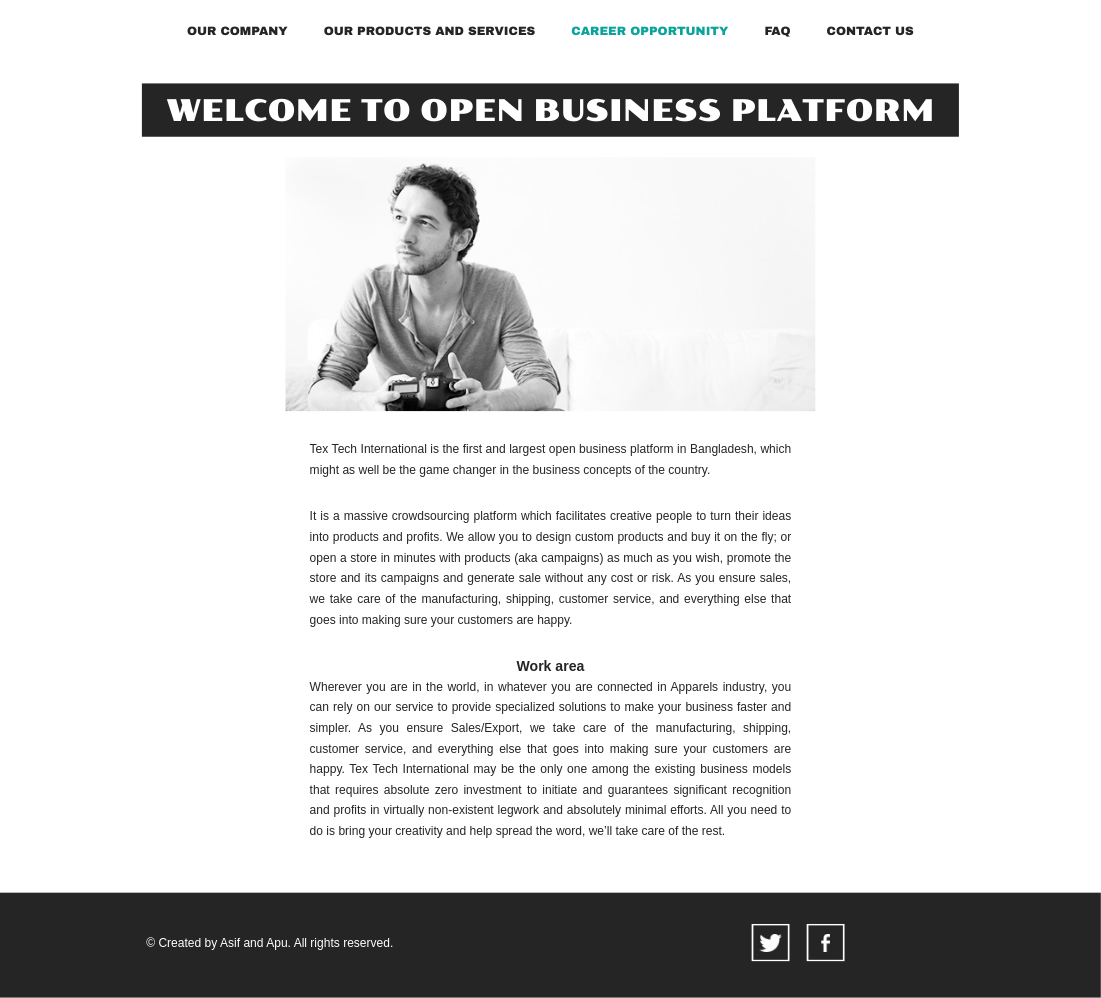
Repository: asifdotpy/textechint
Page: about.html
An editor plug-in stored every save of this project. The page is shown before and after a run of saves, followed by the edit.
The browser window is 1280 px wide. The pictures show the whole page, at 86% of full size.

Above is the page before, as saved 2021-02-24 00:49:05.

### about.html
<!doctype html>
<html>
<head>
	<meta charset="UTF-8">
	<meta name="viewport" content="width=device-width, initial-scale=1.0">
	<title>Career Opportunity - Tex Tech International</title>
	<link rel="stylesheet" type="text/css" href="css/style.css">
	<link rel="stylesheet" type="text/css" href="css/mobile.css" media="screen and (max-width : 568px)">
	<script type="text/javascript" src="js/mobile.js"></script>
</head>
<body>
	<div id="header">
		<ul id="navigation">
			<li>
				<a href="index.html">our company</a>
			</li>
			<li>
				<a href="gallery.html">Our Products and services
				</a>
			</li>
			<li class="selected">
				<a href="about.html">career opportunity</a>
			</li>
			<li>
				<a href="blog.html">faq</a>
			</li>
			<li>
				<a href="contact.html">contact us</a>
			</li>
		</ul>
	</div>
	<div id="body">
		<h1><span>Welcome to Open Business Platform</span></h1>
		<div>
			<img src="images/photographer.jpg" alt="">
			<div class="article">
				<!--<h3>Tex Tech International is the first and largest open business platform in Bangladesh</h3>-->
				<p>Tex Tech International is the first and largest open business platform in Bangladesh, which might as well be the game changer in the business concepts of the country. </p>
				<!--<h3>Our goal </h3>-->
				<p>It is a massive crowdsourcing platform which facilitates creative people to turn their ideas into products and profits. We allow you to design custom products and buy it on the fly; or open a store in minutes with products (aka campaigns) as much as you wish, promote the store and its campaigns and generate sale without any cost or risk. As you ensure sales, we take care of the manufacturing, shipping, customer service, and everything else that goes into making sure your customers are happy.</p>
				<!--<h3>Be Part of Our Community</h3>-->
				<p></p>
				<h3>Work area</h3>
				<p>
					Wherever you are in the world, in whatever you are connected in Apparels industry, you can rely on our service to provide specialized solutions to make your business faster and simpler. As you ensure Sales/Export, we take care of the manufacturing, shipping, customer service, and everything else that goes into making sure your customers are happy. Tex Tech International may be the only one among the existing business models that requires absolute zero investment to initiate and guarantees significant recognition and profits in virtually non-existent legwork and absolutely minimal efforts. All you need to do is bring your creativity and help spread the word, we’ll take care of the rest.

				</p>
			</div>
		</div>
	</div>
	<div id="footer">
		<div>
			<p>&copy; Created by Asif and Apu. All rights reserved.</p>
			<ul>
				<li>
					<a href="http://freewebsitetemplates.com/go/twitter/" id="linkedin">lindedin</a>
				</li>
				<li>
					<a href="https://www.facebook.com/textechint" target="_blank" id="facebook">facebook</a>
			</ul>
		</div>
	</div>
</body>
</html>

### css/style.css
@font-face {
	font-family: 'poller_oneregular';
	src: url('../fonts/pollerone/pollerone-webfont.eot');
	src: url('../fonts/pollerone/pollerone-webfont.eot?#iefix') format('embedded-opentype'),
		 url('../fonts/pollerone/pollerone-webfont.woff') format('woff'),
		 url('../fonts/pollerone/pollerone-webfont.ttf') format('truetype'),
		 url('../fonts/pollerone/pollerone-webfont.svg#poller_oneregular') format('svg');
}
@font-face {
	font-family: 'leckerli_oneregular';
	src: url('../fonts/leckerlione/leckerlione-regular-webfont.eot');
	src: url('../fonts/leckerlione/leckerlione-regular-webfont.eot?#iefix') format('embedded-opentype'),
		 url('../fonts/leckerlione/leckerlione-regular-webfont.woff') format('woff'),
		 url('../fonts/leckerlione/leckerlione-regular-webfont.ttf') format('truetype'),
		 url('../fonts/leckerlione/leckerlione-regular-webfont.svg#leckerli_oneregular') format('svg');
}

body {
	background: #fff;
	font-family: Arial, Helvetica, sans-serif;
	font-size: 14px;
	font-weight: normal;
	line-height: 1;
	margin: 0;
	min-width: 960px;
	padding: 0;
}
p {
	color: #252525;
	line-height: 24px;
	margin: 0;
	padding: 0;
}
p a {
	color: #252525;
	text-decoration: underline;
}
p a:hover {
	color: #898989;
}
#header {
	margin: 0 auto;
	padding: 4px 0 50px;
	text-align: center;
	width: 960px;
}
#header a.logo {
	display: block;
	margin: 0 auto;
	padding: 0;
	width: 340px;
}
#header a.logo img {
	border: 0;
	display: block;
	margin: 0;
	padding: 0;
}
#header ul {
	margin: 0;
	padding: 25px 0 0;
}
#header ul li {
	display: inline;
	list-style: none;
	margin: 0;
	padding: 0 19px;
}
#header ul li a {
	color: #252525;
	display: inline-block;
	font-family: "Arial Black", Gadget, sans-serif;
	font-size: 14px;
	font-weight: normal;
	margin: 0;
	padding: 0 0 3px;
	text-decoration: none;
	text-transform: uppercase;
}
#header ul li a:hover, #header ul li.selected a {
	color: #0ba39c;
}
#body {
	margin: 0;
	padding: 0 0 30px;
	text-align: center;
}
#body h1 {
	color: #fff;
	display: inline;
	font-family: poller_oneregular;
	font-size: 35px;
	font-weight: normal;
	margin: 0;
	padding: 0;
	text-transform: uppercase;
}
#body h1 span {
	background: #252525;
	display: inline-block;
	padding: 15px 28px 12px;
}
#body > div {
	margin: 0 auto;
	padding: 0;
	width: 960px;
}
#body > div img {
	border: 0 auto;
	margin: 24px 0 0;
	padding: 0;
}
#body > div .article {
	margin: 0 auto;
	padding: 30px 30px 0;
	width: 560px;
}
#body > div .article h2 {
	font-family: "Arial Black", Gadget, sans-serif;
	font-size: 25px;
	font-weight: normal;
	margin: 0 0 30px;
}
#body > div .article h3 {
	color: #252525;
	line-height: 24px;
	margin: 0;
	padding: 0;
}
#body > div .article h4 {
	background: #252525;
	color: #fff;
	display: inline-block;
	font-family: "Arial Black", Gadget, sans-serif;
	font-size: 25px;
	font-weight: normal;
	margin: 0 0 30px;
	padding: 8px 27px 10px;
}
#body > div .article p {
	margin: 0 0 30px;
	text-align: justify;
}
#body div div ul {
	margin: 0;
	padding: 24px 10px 0;
	width: 940px;
	list-style-type: none;
}
#body div div ul li {
	border: 2px solid #1a1a1a;
	display: block;
	list-style: none;
	margin: 0 0 13px;
	overflow: hidden;
	padding: 0;
}
#body div ul li .figure {
	border-right: 2px solid #1a1a1a;
	float: left;
	margin: 0;
	padding: 0;
	width: 376px;
}
#body div ul li img {
	border: 0;
	display: block;
	margin: 0;
	padding: 0;
	opacity: 0.8;
	transition: 0.5s ease-in-out;
}
#body div ul li .figure:hover img {
	opacity: 1;
}
#body div ul li div {
	float: left;
	margin: 0;
	padding: 63px 0 20px;
	width: 558px;
}
#body div ul li div h3 {
	color: #252525;
	font-family: "Arial Black", Gadget, sans-serif;
	font-size: 25px;
	font-weight: normal;
	margin: 0;
	padding: 0;
	text-transform: uppercase;
}
#body div ul li div p {
	padding: 30px 30px 18px;
}
#body div ul li div a.more {
	background: #000;
	color: #fff;
	display: inline-block;
	font-family: "Arial Black", Gadget, sans-serif;
	font-size: 18px;
	font-weight: normal;
	margin: 0;
	padding: 8px 28px;
	text-decoration: none;
	text-transform: uppercase;
}
#body div ul li div a.more:hover {
	color: #252525;
	background: #fff;
	border: 2px solid #252525;
}
#body #featured {
	margin: 0 0 13px;
	padding: 0;
	position: relative;
	width: 100%;
}
#body #featured img {
	border: 0;
	display: block;
	margin: 0;
	padding: 0;
	width: 100%;
	height: auto;
}
#body #featured div {
	left: 50%;
	margin-left: -480px;
	margin-top: -171px;
	padding: 0 0 0 470px;
	position: absolute;
	top: 50%;
	text-align: left;
	width: 490px;
}
#body #featured div h2 {
	background: #fff;
	color: #000;
	display: inline-block;
	font-family: poller_oneregular;
	font-size: 20px;
	font-weight: normal;
	margin: 0 0 18px;
	padding: 23px 27px 20px;
	text-transform: uppercase;
}
#body #featured div span {
	background: #252525;
	color: #fff;
	display: inline-block;
	font-size: 20px;
	margin: 7px 0;
	padding: 12px 27px;
}
#body #featured div a {
	background: #0ba39c;
	color: #fff;
	display: inline-block;
	font-size: 16px;
	margin: 15px 0 0;
	padding: 26px 27px 22px;
	text-align: center;
	text-decoration: none;
	text-transform: uppercase;
}
#body #featured div a:hover {
	background: #1fc3bc;
}
#body > ul {
	margin: 0 auto;
	overflow: hidden;
	padding: 24px 0 0;
	width: 960px;
}
#body > ul li {
	display: block;
	float: left;
	margin: 0 10px 20px;
	padding: 0;
	width: 300px;
}
#body > ul li a {
	color: #000;
	display: block;
	font-family: poller_oneregular;
	font-size: 20px;
	font-weight: normal;
	margin: 0;
	padding: 0;
	text-align: center;
	text-decoration: none;
	text-transform: uppercase;
}
#body > ul li a img {
	border: 2px solid #1a1a1a;
	display: block;
	margin: 0;
	padding: 0;
	opacity: .8;
	transition: 0.5s ease-in-out;
}
#body > ul li a:hover img {
	opacity: 1;
}
#body > ul li a span {
	display: block;
	margin: 0;
	padding: 33px 0 0;
}
#body form {
	margin: 0 auto;
	padding: 24px 0 0;
	width: 620px;
}
#body form input, #body form textarea {
	border: 2px solid #252525;
	color: #252525;
	font-family: Arial, Helvetica, sans-serif;
	font-size: 15px;
	font-weight: normal;
	margin: 0 0 37px;
	padding: 20px 10px;
	text-align: center;
	text-transform: uppercase;
	width: 596px;
}
#body form textarea {
	height: 175px;
	overflow: auto;
	resize: none;
}
#body form #send {
	background: #252525;
	color: #fff;
	font-family: "Arial Black", Gadget, sans-serif;
	font-size: 15px;
	font-weight: normal;
	display: inline-block;
	padding: 20px 28px;
	width: auto;
}
#body form #send:hover {
	background: #fff;
	color: #252525;
	cursor: pointer;
}
#footer {
	background: #252525;
	margin: 0;
	padding: 36px 0 42px;
}
#footer div {
	margin: 0 auto;
	overflow: hidden;
	padding: 0;
	width: 960px;
}
#footer div p {
	color: #fff;
	float: left;
	line-height: 44px;
	margin: 0 0 0 10px;
	padding: 0;
}
#footer div ul {
	display: block;
	float: right;
	margin: 0;
	overflow: hidden;
	padding: 0;
	width: 256px;
}
#footer div ul li {
	display: block;
	float: left;
	list-style: none;
	margin: 0 10px;
	padding: 0;
	width: 44px;
}
#footer div ul li a {
	background: url(../images/icons.jpg) no-repeat 0 0;
	display: block;
	height: 44px;
	margin: 0;
	padding: 0;
	text-indent: -99999px;
	width: 44px;
}
#footer div ul li #linkedin {
	background-position: 0 0;
}
#footer div ul li #linkedin:hover {
	background-position: -44px 0;
}
#footer div ul li #facebook {
	background-position: 0 -44px;
}
#footer div ul li #facebook:hover {
	background-position: -44px -44px;
}

div .intro h1 {
	margin: 0px 50px;
	padding: 0px 50px;
	background-color: #0ba39c;
	text-decoration: #1a1a1a;
}

div .intro p {
	margin: 10px;
	padding: 10px;
	font-size: 16px;
}

div .main {
	font-size: 15px;
}



.post-container {
    margin: 20px 20px 0 0;
    border: 5px solid #333;
    overflow: auto
}
.post-thumb {
    float: left;
}
.post-thumb img {
    display: block;
}
.post-content {
    margin-left: 210px
}
.post-title {
    font-weight: bold;
    font-size: 200%
}

div .main {
	text-align: justify;
}

div .article

### js/mobile.js
window.onload = function(){
	var getNavi = document.getElementById('navigation');

	var mobile = document.createElement("span");
	mobile.setAttribute("id","mobile-navigation");
	getNavi.parentNode.insertBefore(mobile,getNavi);

	document.getElementById('mobile-navigation').onclick = function(){
		var a = getNavi.getAttribute('style');
		if(a){
			getNavi.removeAttribute('style');
			document.getElementById('mobile-navigation').style.backgroundImage='url(images/mobile-menu.png)';
		} else {
			getNavi.style.display='block';
			document.getElementById('mobile-navigation').style.backgroundImage='url(images/mobile-close.png)';
		}
	};
	var getElm = getNavi.getElementsByTagName("LI");
	for(var i=0;i<getElm.length;i++){
		if(getElm[i].children.length>1){
			var smenu = document.createElement("span");
			smenu.setAttribute("class","mobile-submenu");
			smenu.setAttribute("OnClick","submenu("+i+")");
			getElm[i].appendChild(smenu);
		};
	};
	submenu = function (i){
		var sub = getElm[i].children[1];
		var b = sub.getAttribute('style');
		if(b){
			sub.removeAttribute('style');
			getElm[i].lastChild.style.backgroundImage='url(images/mobile-expand.png)';
			getElm[i].lastChild.style.backgroundColor='rgba(11, 163, 156, 0.7)';
		} else {
			sub.style.display='block';
			getElm[i].lastChild.style.backgroundImage='url(images/mobile-collapse.png)';
			getElm[i].lastChild.style.backgroundColor='rgba(0,0,0,0.8)';
		}
	};
};

### css/mobile.css
body {
	min-width: 0;
}
#header {
	padding: 20px 0;
	position: relative;
	width: 100%;
}
#header a.logo {
	width: 80%;
}
#header a.logo img {
	width: 100%;
}
#mobile-navigation {
	background: url(../images/mobile-menu.png) no-repeat 0 0;
	display: block;
	height: 50px;
	margin: 30px auto 0;
	padding: 0;
	width: 50px;
}
#header ul {
	border: 1px solid #fff;
	display: none;
	left: 50%;
	margin-left: -45%;
	padding: 0;
	position: absolute;
	width: 90%;
	z-index: 1001;
}
#header ul li {
	border-top: 1px solid #fff;
	display: block;
	margin: 0;
	padding: 0;
	position: relative;
}
#header > ul > li:first-child {
	border: 0;
}
#header ul li a {
	background: rgba(11, 163, 156, 0.9);
	color: #fff;
	display: block;
	font-family: Arial, Helvetica, sans-serif;
	font-size: 16px;
	font-weight: normal;
	height: 49px;
	line-height: 49px;
	padding: 0 15px;
	text-align: left;
}
#header ul li a:hover, #header ul li.selected a {
	background: rgba(0, 0, 0, 0.9);
	color: #fff;
}
#header ul ul {
	display: none;
	border: 0;
	height: auto;
	left: 0;
	margin: 0;
	position: relative;
	width: 100%;
}
#header ul ul li a {
	text-indent: 15px;
}
#header ul li span {
	background: rgba(11, 163, 156, 0.9) url(../images/mobile-expand.png) no-repeat 0 0;
	border-left: 1px solid #fff;
	display: block;
	height: 49px;
	position: absolute;
	right: 0;
	top: 0;
	width: 50px;
}
#body {
	width: 100%;
}
#body h1 {
	display: block;
	font-size: 20px;
	margin: 0 auto;
	width: 90%;
}
#body h1 span {
	display: block;
	padding: 3%;
	width: 94%;
}
#body > div {
	padding: 0 5%;
	width: 90%;
}
#body > div img {
	margin: 24px 0 30px;
	width: 98%
}
#body > div .article {
	padding: 0;
	width: 100%;
}
#body > div .article h2, #body > div .article h4 {
	font-size: 18px;
	font-weight: bold;
}
#body #featured {
	overflow: hidden;
	margin: 0 0 20px
}
#body #featured img {
	min-width: 960px;
}
#body #featured div {
	left: 0;
	margin: 0;
	padding: 0 2%;
	position: absolute;
	top: 0;
	text-align: left;
	width: 96%;
}
#body #featured div h2 {
	font-size: 14px;
	font-weight: normal;
	margin: 50px 0 10px;
	padding: 8px 5px;
}
#body #featured div span {
	display: block;
	font-size: 14px;
	margin: 10px 0;
	padding: 10px;
}
#body #featured div a {
	font-size: 14px;
	margin: 5px 0 0;
	padding: 10px;
}
#body > ul {
	overflow: visible;
	padding: 0 5%;
	width: 90%;
}
#body ul.gallery {
	padding: 5% 0;
	overflow: hidden;
	width: 100%;
}
#body > ul li {
	float: none;
	margin: 0;
	width: 100%;
}
#body ul.gallery li {
	float: left;
	margin: 0 0 5% 5%;
	width: 42%;
}
#body > ul li a img {
	width: 98%;
}
#body > ul li a span {
	padding: 15px 0;
}
#body div ul {
	margin: 0;
	padding: 20px 0 0;
	width: 100%;
}
#body div ul li {
	overflow: visible;
	padding: 0 0 20px;
	width: 99%;
}
#body div ul li .figure {
	border: 0;
	display: block;
	float: none;
	margin: 0 0 20px;
	width: 100%;
}
#body div ul li .figure img {
	width: 100%;
}
#body div ul li div {
	float: none;
	padding: 0;
	width: 100%;
}
#body div ul li div a.more:hover {
	height: 14px;
	line-height: 14px;
}
#body form {
	width: 100%;
}
#body form input, #body form textarea {
	margin: 0 0 20px;
	padding: 10px;
	width: 84%;
}
#body form #send {
	padding: 10px;
}
#footer {
	padding: 10px 0 25px;
}
#footer div {
	overflow: visible;
	width: 100%;
}
#footer div p {
	float: none;
	margin: 0;
	text-align: center;
}
#footer div ul {
	float: none;
	margin: 0 auto;
	width: 256px;
}

After the next 2 saves:
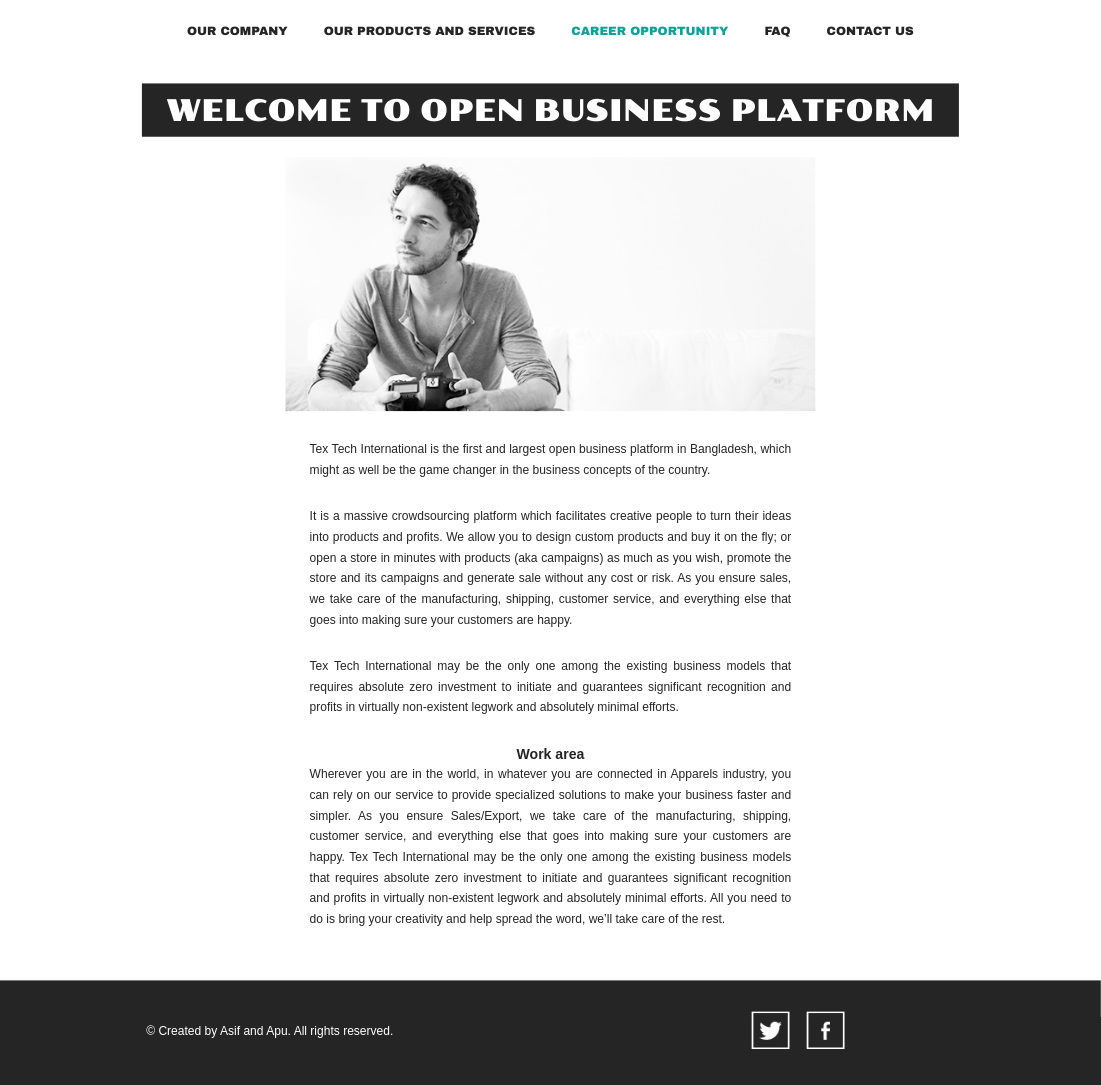
The 2 saves are shown as one change because they came seconds apart.
The last was saved 19 s later.
--- a/about.html
+++ b/about.html
@@ -39,7 +39,7 @@
 				<!--<h3>Our goal </h3>-->
 				<p>It is a massive crowdsourcing platform which facilitates creative people to turn their ideas into products and profits. We allow you to design custom products and buy it on the fly; or open a store in minutes with products (aka campaigns) as much as you wish, promote the store and its campaigns and generate sale without any cost or risk. As you ensure sales, we take care of the manufacturing, shipping, customer service, and everything else that goes into making sure your customers are happy.</p>
 				<!--<h3>Be Part of Our Community</h3>-->
-				<p></p>
+				<p>Tex Tech International may be the only one among the existing business models that requires absolute zero investment to initiate and guarantees significant recognition and profits in virtually non-existent legwork and absolutely minimal efforts.</p>
 				<h3>Work area</h3>
 				<p>
 					Wherever you are in the world, in whatever you are connected in Apparels industry, you can rely on our service to provide specialized solutions to make your business faster and simpler. As you ensure Sales/Export, we take care of the manufacturing, shipping, customer service, and everything else that goes into making sure your customers are happy. Tex Tech International may be the only one among the existing business models that requires absolute zero investment to initiate and guarantees significant recognition and profits in virtually non-existent legwork and absolutely minimal efforts. All you need to do is bring your creativity and help spread the word, we’ll take care of the rest.
